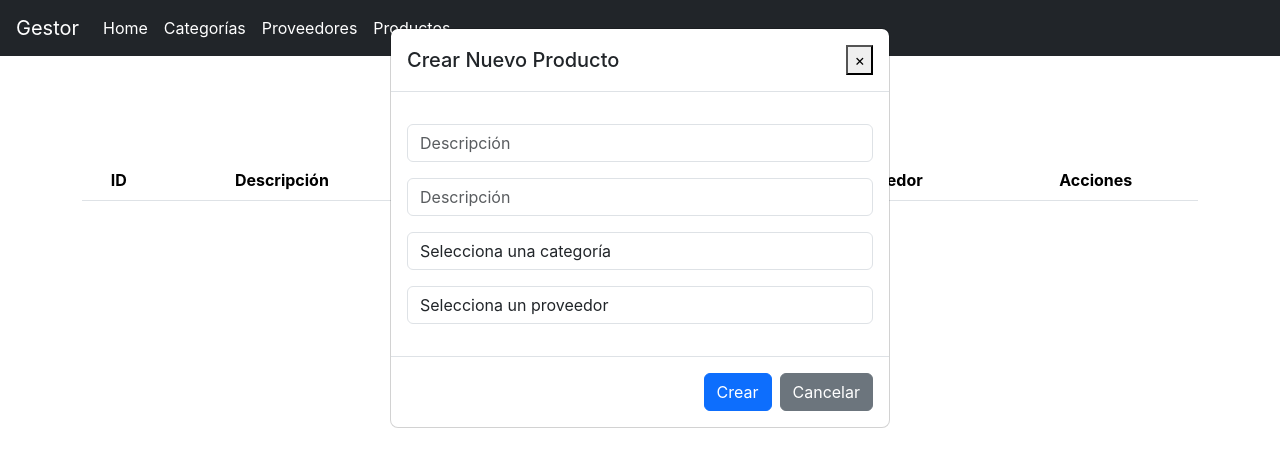
Repository: SantiagoGuaman/gestor-app
Page: /products, after clicking the first element matching `button.btn`
The author's editor kept a copy of each file at every save. The page is drawn from the files as they stood at one save, then again after a run of saves.
The browser window is 1280 px wide. The pictures show the whole page.
The page's requests for data from a server got no answer. The project was rebuilt for these pictures with package versions that can differ from the ones it lists, and the page was loaded fresh each time. No one was signed in, and anything a server would have sent is missing. Also part of the build but not shown: src/App.css, src/Categories/GetDataCategories.js, src/Proveedores/GetDataProviders.js, src/HomePage/HomePage.js.

Above is the page before, as saved 2024-02-15 11:36:15.

After the next 2 saves:
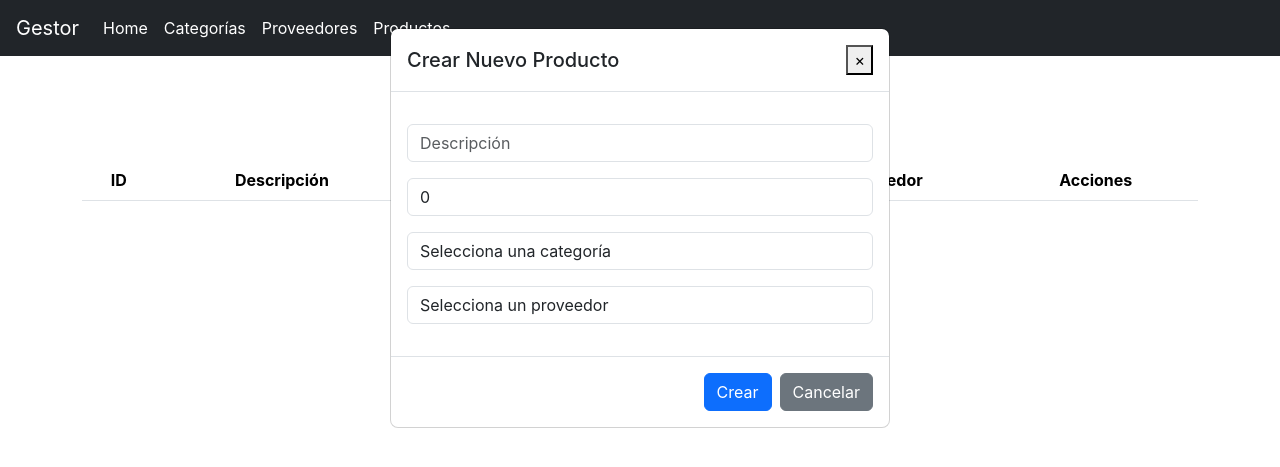
The 2 saves are shown as one change because they came seconds apart.
The last was saved 7 s later.
--- a/src/Productos/GetDataProducts.js
+++ b/src/Productos/GetDataProducts.js
@@ -201,8 +201,7 @@ function GetDataProducts() {
                                 />
                                  <input className='form-control mt-3'
                                     type="number"
-                                    placeholder="Descripción"
-                                    value={newProducto.descripcion}
+                                    value={newProducto.precio}
                                     onChange={(e) => setNewProducto({ ...newProducto, precio: e.target.value })}
                                 />
                                 <select className='form-control mt-3' value={newProducto.categoria} onChange={(e) => setNewProducto({ ...newProducto, categoria: e.target.value })}>
